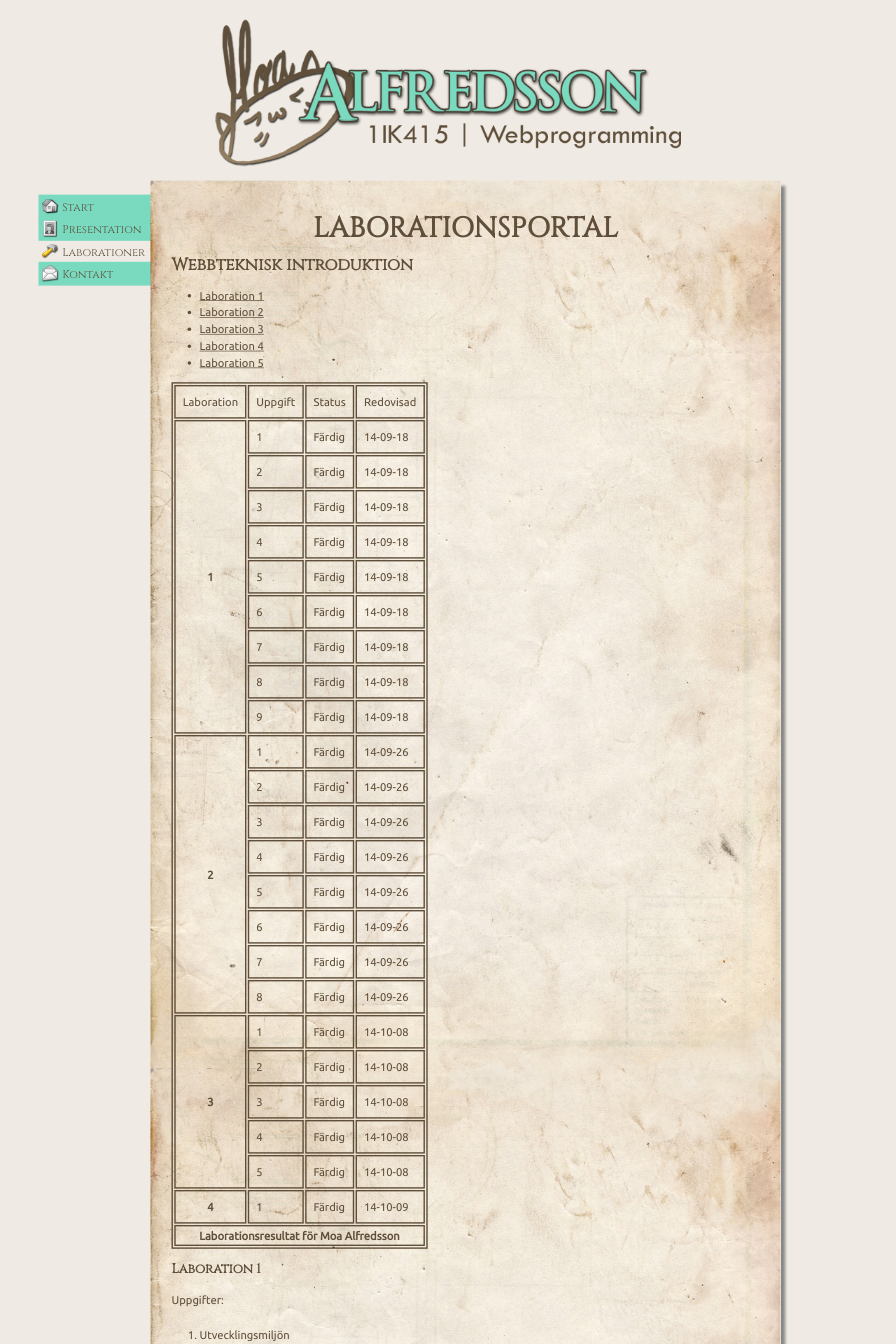
Repository: ma223md/1ik415
Page: pages/laborationer.html
The author's editor kept a record of every edit. The page is drawn from the files as they stood at one moment, then again after the next edit.
The browser window is 1280 px wide. The pictures show the part of the page from y = 0 to 1920 px (the page is 3477 px tall before and 3527 px after), at 70% of full size.

Above is the page before.

### pages/laborationer.html
<!DOCTYPE html>
<html>
    <head>
        <title>Laborationer</title>
        <meta charset="UTF-8">
        <!-- Gör så att svenska bokstäver visas korrekt -->
        <meta name="viewport" content="width=device-width, initial-scale=1.0" />
        <link rel="stylesheet" href="../css/style2.css" media="screen and (min-device-width: 481px)" />
        <link rel="stylesheet" href="../css/mobile.css" media="screen and (max-device-width: 480px)" />
        <link rel="stylesheet" href="../css/print.css" type="text/css" media="print" />
        <link href='//fonts.googleapis.com/css?family=Ubuntu' rel='stylesheet' type='text/css'>
        <link href='//fonts.googleapis.com/css?family=Cinzel' rel='stylesheet' type='text/css'>
        <link rel="apple-touch-icon" href="pictures/appleicon.png" />
    </head>
    <body>
        <div id="container">
            <div id="header">
            </div>

            <div id="navigation">
                <ul>
                    <li id="home"><a href="../index.html"> Start</a></li>
                    <li id="pres"><a href="../pages/presentation.html"> Presentation</a></li>
                    <li id="lab"><a href="../pages/laborationer.html" class="activelab"> Laborationer</a></li>
                    <li id="contact"><a href="../pages/kontakt.html"> Kontakt</a></li>
                </ul>
            </div>

            <div id="content">
                <h1>Laborationsportal</h1>
                <h2>Webbteknisk introduktion</h2>

                <ul>
                    <li><a href="#lab1">Laboration 1</a></li>
                    <li><a href="#lab2">Laboration 2</a></li>
                    <li><a href="#lab3">Laboration 3</a></li>
                    <li><a href="#lab4">Laboration 4</a></li>
                    <li><a href="#lab5">Laboration 5</a></li>
                </ul>

                <div id="table">
                    <table>
                        <tr>
                            <td>Laboration</td>
                            <td>Uppgift</td>
                            <td>Status</td>
                            <td>Redovisad</td>
                        </tr>
                        <tr>
                            <th rowspan="9">1</th>
                            <td>1</td>
                            <td>Färdig</td>
                            <td>14-09-18</td>
                        </tr>
                        <tr>
                            <td>2</td>
                            <td>Färdig</td>
                            <td>14-09-18</td>
                        </tr>
                        <tr>
                            <td>3</td>
                            <td>Färdig</td>
                            <td>14-09-18</td>
                        </tr>
                        <tr>
                            <td>4</td>
                            <td>Färdig</td>
                            <td>14-09-18</td>
                        </tr>
                        <tr>
                            <td>5</td>
                            <td>Färdig</td>
                            <td>14-09-18</td>
                        </tr>
                        <tr>
                            <td>6</td>
                            <td>Färdig</td>
                            <td>14-09-18</td>
                        </tr>
                        <tr>
                            <td>7</td>
                            <td>Färdig</td>
                            <td>14-09-18</td>
                        </tr>
                        <tr>
                            <td>8</td>
                            <td>Färdig</td>
                            <td>14-09-18</td>
                        </tr>
                        <tr>
                            <td>9</td>
                            <td>Färdig</td>
                            <td>14-09-18</td>
                        </tr>
                        <tr>
                            <th rowspan="8">2</th>
                            <td>1</td>
                            <td>Färdig</td>
                            <td>14-09-26</td>
                        </tr>
                        <tr>
                            <td>2</td>
                            <td>Färdig</td>
                            <td>14-09-26</td>
                        </tr>
                        <tr>
                            <td>3</td>
                            <td>Färdig</td>
                            <td>14-09-26</td>
                        </tr>
                        <tr>
                            <td>4</td>
                            <td>Färdig</td>
                            <td>14-09-26</td>
                        </tr>
                        <tr>
                            <td>5</td>
                            <td>Färdig</td>
                            <td>14-09-26</td>
                        </tr>
                        <tr>
                            <td>6</td>
                            <td>Färdig</td>
                            <td>14-09-26</td>
                        </tr>
                        <tr>
                            <td>7</td>
                            <td>Färdig</td>
                            <td>14-09-26</td>
                        </tr>
                        <tr>
                            <td>8</td>
                            <td>Färdig</td>
                            <td>14-09-26</td>
                        </tr>
                        <tr>
                            <th rowspan="5">3</th>
                            <td>1</td>
                            <td>Färdig</td>
                            <td>14-10-08</td>
                        </tr>
                        <tr>
                            <td>2</td>
                            <td>Färdig</td>
                            <td>14-10-08</td>
                        </tr>
                        <tr>
                            <td>3</td>
                            <td>Färdig</td>
                            <td>14-10-08</td>
                        </tr>
                        <tr>
                            <td>4</td>
                            <td>Färdig</td>
                            <td>14-10-08</td>
                        </tr>
                        <tr>
                            <td>5</td>
                            <td>Färdig</td>
                            <td>14-10-08</td>
                        </tr>
                        <tr>
                            <th rowspan="1">4</th>
                            <td>1</td>
                            <td>Färdig</td>
                            <td>14-10-09</td>
                        </tr>
                        <tr>
                            <th colspan="4">Laborationsresultat för Moa Alfredsson</th>
                        </tr>
                    </table>
                </div>

                <h3><a id="lab1">Laboration 1</a></h3>
                <p>Uppgifter:</p>
                <ol>
                    <li>Utvecklingsmiljön</li>
                    <li><a href="../index.html">Ett första dokument</a></li>
                    <li><a href="../index.html">Startsidan</a></li>
                    <li>Absoluta/Relativa sökvägar
                        <dl>
                            <dt>Vilken är den absoluta sökvägen till filen bottom.html?</dt>
                            <dd>http://www.server.se/html/pages/bottom.html</dd>
                            <dt>Vilken är den relativa sökvägen från filen default.html till filen top.html?</dt>
                            <dd>pages/top.html</dd>
                            <dt>Vilken är den relativa sökvägen från filen bottom.html till filen index.html?</dt>
                            <dd>../index.html</dd>
                            <dt>Vilken är den absoluta sökvägen till filen index.html?</dt>
                            <dd>http://www.server.se/index.html  </dd>
                            <dt>Vilken är den relativa sökvägen från filen top.html till bottom.html?</dt>
                            <dd>bottom.html</dd>
                            <dt>Vilken är den relativa sökvägen från filen index.html till top.html?</dt>
                            <dd>html/pages/top.html</dd>
                        </dl>
                    </li>

                    <li><a href="laborationer.html">Länkar och mer listor</a></li>
                    <li>Bilder
                        <ul>
                            <li><a href="../pages/presentation.html#presentationsbild">Presentationsbild</a></li>
                            <li><a href="../pictures/logga2.png">Logga i pngformat</a></li>
                            <li><a href="../index.html#vektorgrafik">Vektorgrafik</a></li>
                        </ul>
                    </li>
                    <li><a href="../index.html">Video</a></li>
                    <li><a href="laborationer.html">Tabeller</a></li>
                    <li><a href="kontakt.html">Formulär</a></li>
                </ol>

                <h3><a id="lab2">Laboration 2</a></h3>
                <p>Uppgifter:</p>
                <ol>
                    <li>Använda stilmallar</li>
                    <li>Layout</li>
                    <li>Färgsättning</li>
                    <li>Menyn</li>
                    <li>Typografi</li>
                    <li>Övrigt</li>
                    <li>En ny bloggpost</li>
                    <li>Labrationssidan</li>
                </ol>

                <h3><a id="lab3">Laboration 3</a></h3>
                <p>Uppgifter:</p>
                <ol>
                    <li>Stila formuläret</li>
                    <li>Utskriftsvänlig version</li>
                    <li><a href="https://uppgift-3-3-c9-ladidah.c9.io/index.html">Copycat</a></li>
                    <li>CSS Sprites</li>
                    <li>CSS3</li>
                </ol>

                <h3><a id="lab4">Laboration 4</a></h3>
                <p>Uppgifter:</p>
                <ol>
                    <li>En mobilare portal</li>
                </ol>

                <h3><a id="lab5">Laboration 5</a></h3>
                <p>Uppgifter:</p>
                <ol>
                    <li><a href="fempunktett.html">Sidstruktur</a></li>
                    <li>Mikroformat</li>
                    <li>Fotogalleri</li>
                </ol>
            </div>

            <div id="footer">
                <p>Ansvarig för materialet på den här sidan är Moa Alfredsson</p>
            </div>
        </div>
    </body>
</html>

### css/style2.css
/* Layout */

/*  Colors
    Main: #e1e0ce
    Navigation: #79dac0
    Content text: #5f4f3a
*/
body
    {
        background: #efebe4;
        line-height: 1.5em;
    }

#header
    {
        background-image: url(pics/logga2.png);
        background-repeat: no-repeat;
        background-position: center;
        height:250px;
    }

#container
    {
        background: #efebe4;
        width: 1250px;
        overflow: auto;
        margin: 0 auto;
    }


#header img
    {
        padding-top: 15px;
        padding-left: 185px;
    }

#home a
    {
        background: url(pics/sprite.png) 5px -43px;
        background-repeat: no-repeat;
    }
#home a:hover
    {
        background: url(pics/sprite.png) 5px 5px;
        background-repeat: no-repeat;
        background-color:  #95efd7;
    }

#pres a
    {
        background: url(pics/sprite.png) 5px -235px;
        background-repeat: no-repeat;
    }
#pres a:hover
    {
        background: url(pics/sprite.png) 5px -187px;
        background-repeat: no-repeat;
        background-color:  #95efd7;
    }

#lab a
    {
        background: url(pics/sprite.png) 5px -139px;
        background-repeat: no-repeat;
    }

#lab a:hover
    {
        background: url(pics/sprite.png) 5px -91px;
        background-repeat: no-repeat;
        background-color:  #95efd7;
    }

#contact a
    {
        background: url(pics/sprite.png) 5px -331px;
        background-repeat: no-repeat;
    }

#contact a:hover
    {
        background: url(pics/sprite.png) 5px -283px;
        background-repeat: no-repeat;
        background-color:  #95efd7;
    }

#navigation
    {
        float: left;
        background: #efebe4;
        width: 200px;
    }

#navigation ul
    {
        list-style: none;
    }

#navigation li
    {
            width: 185px;
            height: 24px;
            padding-top: 4px;
            padding-bottom: 4px;
    }

#navigation a
    {
        padding-left: 34px;
        padding-right: 8px;
        padding-top: 6px;
        padding-bottom: 4px;
        text-decoration: none;
        font-family: 'Cinzel', serif;
        background-color: #79dac0;
        color: #5f4f3a;
        display: block;
    }

#navigation ul li .activehome
    {
        color: #5f4f3a;
        background-color: #95efd7;
        background: url(pics/sprite.png) 5px 5px;
        background-repeat: no-repeat;
    }
#navigation ul li .activepres
    {
        color: #5f4f3a;
        background-color: #95efd7;
        background: url(pics/sprite.png) 5px -187px;
        background-repeat: no-repeat;
    }
#navigation ul li .activelab
    {
        color: #5f4f3a;
        background-color: #95efd7;
        background: url(pics/sprite.png) 5px -91px;
        background-repeat: no-repeat;
    }
#navigation ul li .activecontact
    {
        color: #5f4f3a;
        background-color: #95efd7;
        background: url(pics/sprite.png) 5px -283px;
        background-repeat: no-repeat;
    }


#content
    {
        background-image: url(pics/paperbackground.jpg);
        width: 840px;
        float: left;
        box-shadow: 8px 8px 4px #888888;
        padding: 30px;
        color: #5f4f3a;
        font-family: 'Ubuntu', sans-serif;
    }

#content p
    {
        padding-bottom: 10px;
    }

#content .blogdate
    {
        font-size: 0.7em;
        clear: both;
    }

#content h1
    {
        color: #5f4f3a;
        font-family: 'Cinzel', serif;
        font-size: 2.5em;
        text-transform: uppercase;
        text-align: center;
    }

#content h2, h3
    {
        color: #5f4f3a;
        font-family: 'Cinzel', serif;
    }

#content table, th, td
    {
        border: 2px solid #5f4f3a;
    }

#content td
    {
        padding: 10px;
    }

#content a
    {
        color: #5f4f3a;
    }
/* Textwrap för bilder */
.TextWrapRight
    {
        float: right;
        padding-bottom: 10px;
        padding-left: 10px;
    }
.TextWrapLeft
    {
        float: left;
        padding-bottom: 10px;
        padding-right: 10px;
    }

img
    {
        max-width: 100%;
    }

video
    {
        max-width: 700px;
    }

form
    {
        margin:auto;
        position:relative;
        width:550px;
        color: #5f4f3a;
        font-family: 'Ubuntu', sans-serif;
        -webkit-border-radius: 10px;
        -moz-border-radius: 10px;
        padding:10px;
        border: 1px solid #999;
        border: inset 1px solid #333;
        -webkit-box-shadow: 0px 0px 8px rgba(0, 0, 0, 0.3);
        -moz-box-shadow: 0px 0px 8px rgba(0, 0, 0, 0.3);
        box-shadow: 0px 0px 8px rgba(0, 0, 0, 0.3);
    }

input, option, textarea, select
    {
        border: 1px solid #999;
        -webkit-box-shadow: 0px 0px 8px rgba(0, 0, 0, 0.3);
        -moz-box-shadow: 0px 0px 8px rgba(0, 0, 0, 0.3);
        box-shadow: 0px 0px 8px rgba(0, 0, 0, 0.3);
    }

.fillIn
    {
        width:375px;
        display:block;
    }

.button
    {
        width:80px;
        margin-top:10px;
        padding: 5px;
        color: #5f4f3a;
        font-family: 'Ubuntu', sans-serif;
    }


/* Placerar footer under kolumnerna */
#footer
    {
        clear: both;
        background: #79dac0;
        height: 66px;
    }

#footer p
    {
        color: #5f4f3a;
        font-family: 'Ubuntu', sans-serif;
        font-size: 0.7em;
        text-align: center;
        padding-top: 20px;
    }

### css/mobile.css
@media screen and (max-width: 480px) {
  .container,
  .navigation,
  .content,
  .footer {
    float: none;
    width: auto;
  }
}

body
    {
        background: #efebe4;
        line-height: 1.5em;
    }

#container
    {
        background: #efebe4;
        margin: 0 auto;
    }

#home a
    {
        background: url(pics/sprite.png) 5px -43px;
        background-repeat: no-repeat;
    }
#home a:hover
    {
        background: url(pics/sprite.png) 5px 5px;
        background-repeat: no-repeat;
        background-color:  #95efd7;
    }

#pres a
    {
        background: url(pics/sprite.png) 5px -235px;
        background-repeat: no-repeat;
    }
#pres a:hover
    {
        background: url(pics/sprite.png) 5px -187px;
        background-repeat: no-repeat;
        background-color:  #95efd7;
    }

#lab a
    {
        background: url(pics/sprite.png) 5px -139px;
        background-repeat: no-repeat;
    }

#lab a:hover
    {
        background: url(pics/sprite.png) 5px -91px;
        background-repeat: no-repeat;
        background-color:  #95efd7;
    }

#contact a
    {
        background: url(pics/sprite.png) 5px -331px;
        background-repeat: no-repeat;
    }

#contact a:hover
    {
        background: url(pics/sprite.png) 5px -283px;
        background-repeat: no-repeat;
        background-color:  #95efd7;
    }

#navigation
    {
        background: #efebe4;
    }

#navigation ul
    {
        list-style: none;
        -webkit-padding-start: 0;
    }

#navigation li
    {
            width: auto;
            height: 24px;
            padding-top: 4px;
            padding-bottom: 4px;
    }

#navigation a
    {
        padding-left: 34px;
        padding-right: 8px;
        padding-top: 5px;
        padding-bottom: 4px;
        text-decoration: none;
        font-family: 'Cinzel', serif;
        background-color: #79dac0;
        color: #5f4f3a;
        display: block;
    }

#navigation ul li .activehome
    {
        color: #5f4f3a;
        background-color: #95efd7;
        background: url(pics/sprite.png) 5px 0px;
        background-repeat: no-repeat;
    }
#navigation ul li .activepres
    {
        color: #5f4f3a;
        background-color: #95efd7;
        background: url(pics/sprite.png) 5px -187px;
        background-repeat: no-repeat;
    }
#navigation ul li .activelab
    {
        color: #5f4f3a;
        background-color: #95efd7;
        background: url(pics/sprite.png) 5px -91px;
        background-repeat: no-repeat;
    }
#navigation ul li .activecontact
    {
        color: #5f4f3a;
        background-color: #95efd7;
        background: url(pics/sprite.png) 5px -283px;
        background-repeat: no-repeat;
    }

#content
    {
        background-image: url(pics/paperbackground.jpg);
        background-size: auto;
        padding: 30px;
        color: #5f4f3a;
        font-family: 'Ubuntu', sans-serif;
    }

#content p
    {
        padding-bottom: 5px;
    }

#content .blogdate
    {
        font-size: 0.7em;
        clear: both;
    }

#content h1
    {
        color: #5f4f3a;
        font-family: 'Cinzel', serif;
        font-size: 1.5em;
        text-transform: uppercase;
        text-align: center;
    }

#content h2, h3
    {
        font-size: 1em;
        color: #5f4f3a;
        font-family: 'Cinzel', serif;
    }

#table
{
    width: auto;
    overflow: auto;
}

#content table, th, td
    {
        border: 2px solid #5f4f3a;
    }

#content td
    {
        padding: 10px;
    }

#content a
    {
        color: #5f4f3a;
    }

img, video
    {
        max-width: 100%;
    }

img #laytonpic
 {
     width: 500px;
 }

video #ghostvideo
 {
     width: 720px;
 }

form
    {
        margin:auto;
        position:relative;
        width:auto;
        color: #5f4f3a;
        font-family: 'Ubuntu', sans-serif;
        -webkit-border-radius: 5px;
        -moz-border-radius: 5px;
        padding: 5px;
        border: 1px solid #999;
        border: inset 1px solid #333;
        -webkit-box-shadow: 0px 0px 8px rgba(0, 0, 0, 0.3);
        -moz-box-shadow: 0px 0px 8px rgba(0, 0, 0, 0.3);
        box-shadow: 0px 0px 8px rgba(0, 0, 0, 0.3);
    }

input, option, textarea, select
    {
        border: 1px solid #999;
        -webkit-box-shadow: 0px 0px 8px rgba(0, 0, 0, 0.3);
        -moz-box-shadow: 0px 0px 8px rgba(0, 0, 0, 0.3);
        box-shadow: 0px 0px 8px rgba(0, 0, 0, 0.3);
    }

.fillIn
    {
        width: auto;
        display:block;
    }

.button
    {
        width:80px;
        margin-top:10px;
        padding: 5px;
        color: #5f4f3a;
        font-family: 'Ubuntu', sans-serif;
    }

/* Placerar footer under kolumnerna */
#footer
    {
        clear: both;
        background: #79dac0;
        height: 66px;
    }

#footer p
    {
        color: #5f4f3a;
        font-family: 'Ubuntu', sans-serif;
        font-size: 0.7em;
        text-align: center;
        padding-top: 20px;
    }

### css/print.css
#navigation {display: none}

body
    {
        background: white;
        line-height: 1.5em;
    }

#header
    {
    display: none;
    }

#content
    {
        width: 840px;
        float: left;
        padding: 30px;
    }

#content p
    {
        padding-bottom: 10px;
    }

#content .blogdate
    {
        font-size: 0.7em;
        clear: both;
    }

#content h1
    {
        color: #5f4f3a;
        font-size: 2.5em;
        text-transform: uppercase;
        text-align: center;
    }

#content table, th, td
    {
        border: 2px solid black;
    }

#content td
    {
        padding: 10px;
    }

@media print{
       a:after{ content: " ("attr(href)")"}


#content video
{
    display: none;
}
/* Textwrap för bilder */
.TextWrapRight
    {
        float: right;
        padding-bottom: 10px;
        padding-left: 10px;
    }
.TextWrapLeft
    {
        float: left;
        padding-bottom: 10px;
        padding-right: 10px;
    }

form
    {
        margin:auto;
        position:relative;
        width:550px;
        -webkit-border-radius: 10px;
        -moz-border-radius: 10px;
        padding:10px;
        border: 1px solid #999;
        border: inset 1px solid #333;
    }

input, option, textarea, select
    {

        border: 1px solid #999;
    }

.fillIn
    {
        width:375px;
        display:block;
    }

.button
{
    width:80px;
    margin-top:10px;
    padding: 5px;
}

/* Placerar footer under kolumnerna */
#footer
    {
        clear: both;
        background: white;
        height: 66px;
    }

#footer p
    {
        font-size: 0.7em;
        text-align: center;
        padding-top: 20px;
    }

After the next edit:
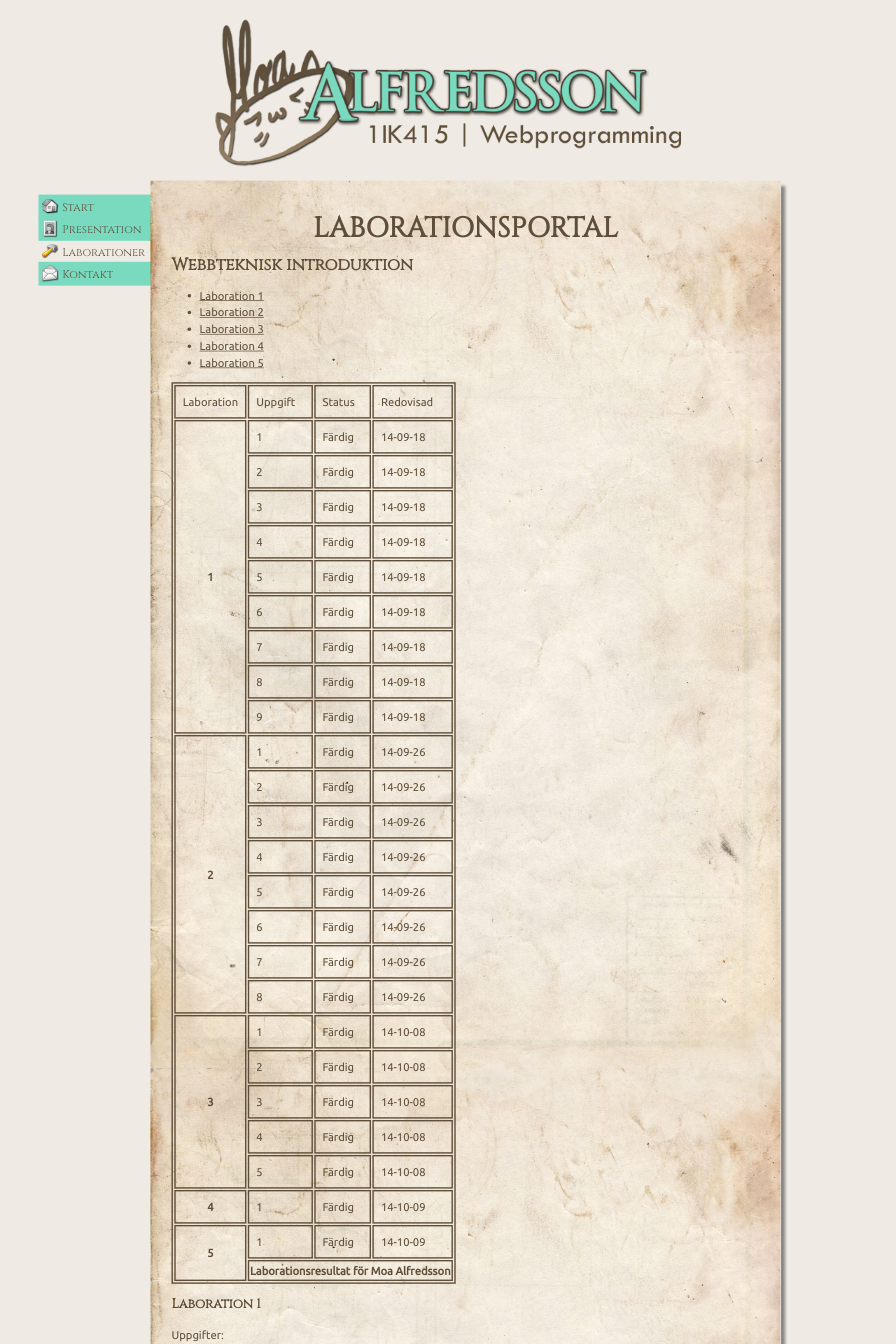
The edit:
--- a/pages/laborationer.html
+++ b/pages/laborationer.html
@@ -161,6 +161,12 @@
                         </tr>
                         <tr>
                             <th rowspan="1">4</th>
+                            <td>1</td>
+                            <td>Färdig</td>
+                            <td>14-10-09</td>
+                        </tr>
+                        <tr>
+                            <th rowspan="3">5</th>
                             <td>1</td>
                             <td>Färdig</td>
                             <td>14-10-09</td>
